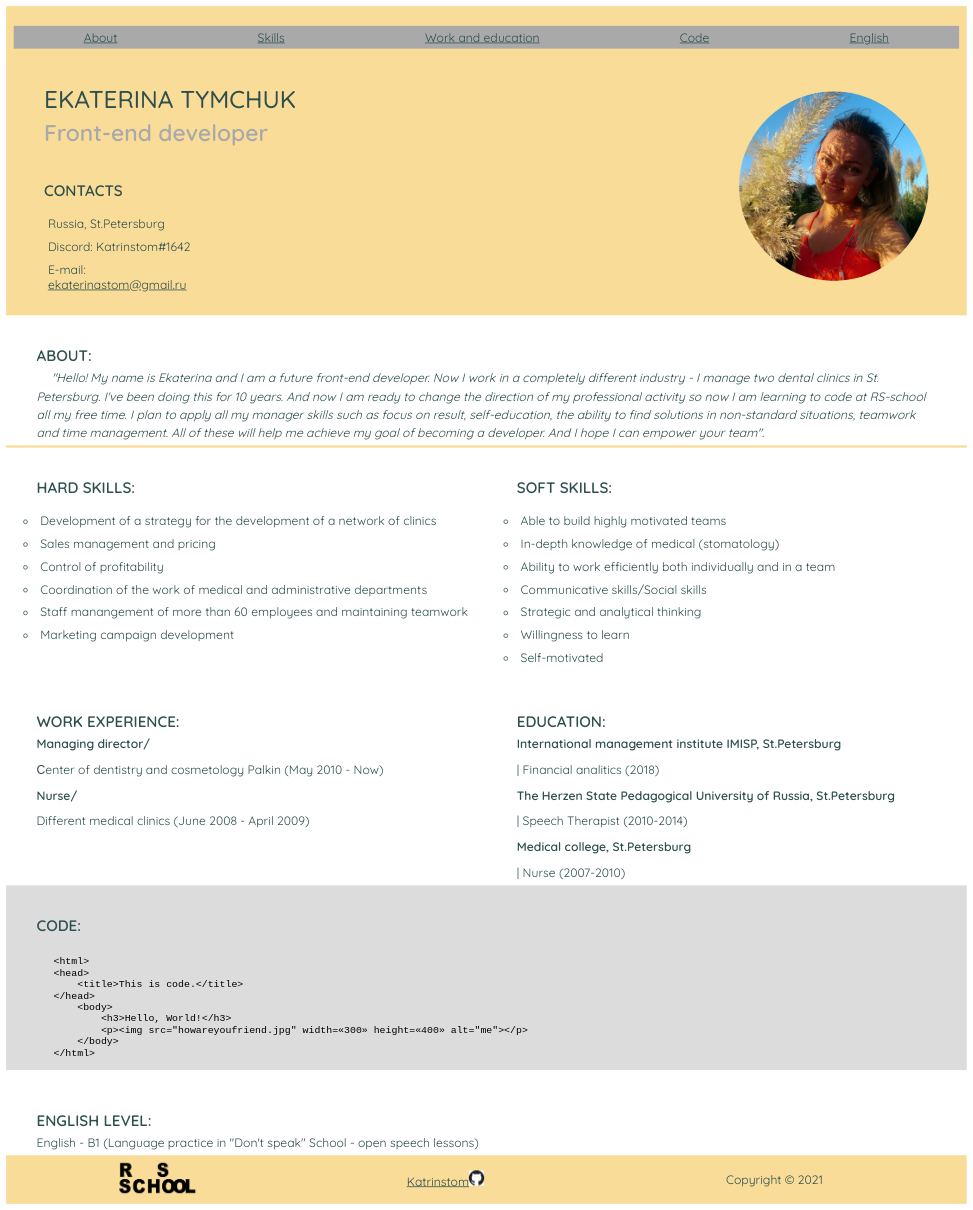
Repository: Katrinstom/rsschool-cv
Page: index.html
These files come from the project's save history. The page is drawn as it stood at one moment and after the next save; the edit follows.
The browser window is 1280 px wide. The pictures show the whole page, at 76% of full size.

Above is the page before, as saved 2022-01-02 22:31:36.

After the next save:
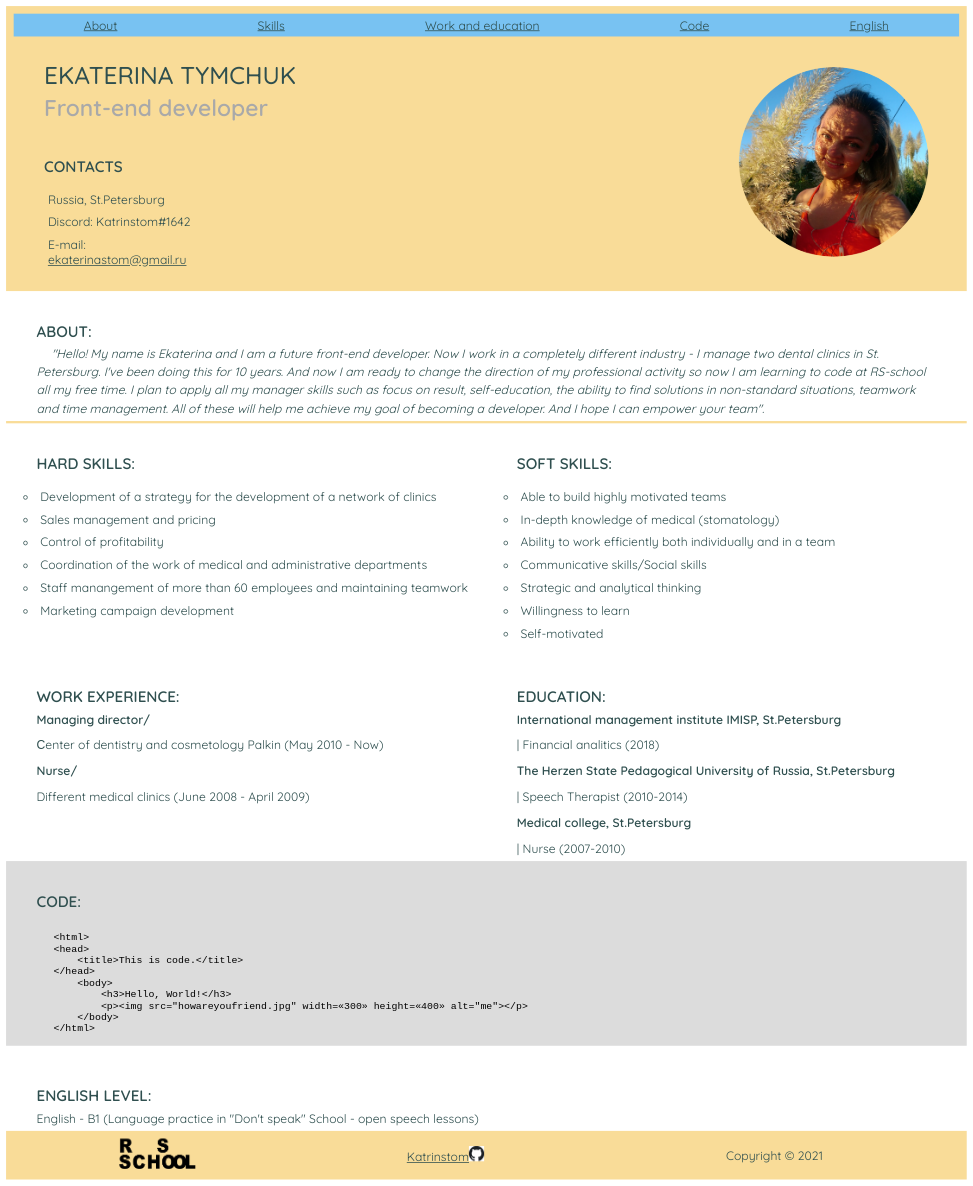
Saved 2 min 47 s later.
--- a/style.css
+++ b/style.css
@@ -22,7 +22,8 @@ main {
     justify-content: space-around;
     align-items: center;
     padding: 0;
-    background-color:darkgrey;
+    margin: 0;
+    background-color: #78c2f2;
     ;
 }
 .nav-item {
